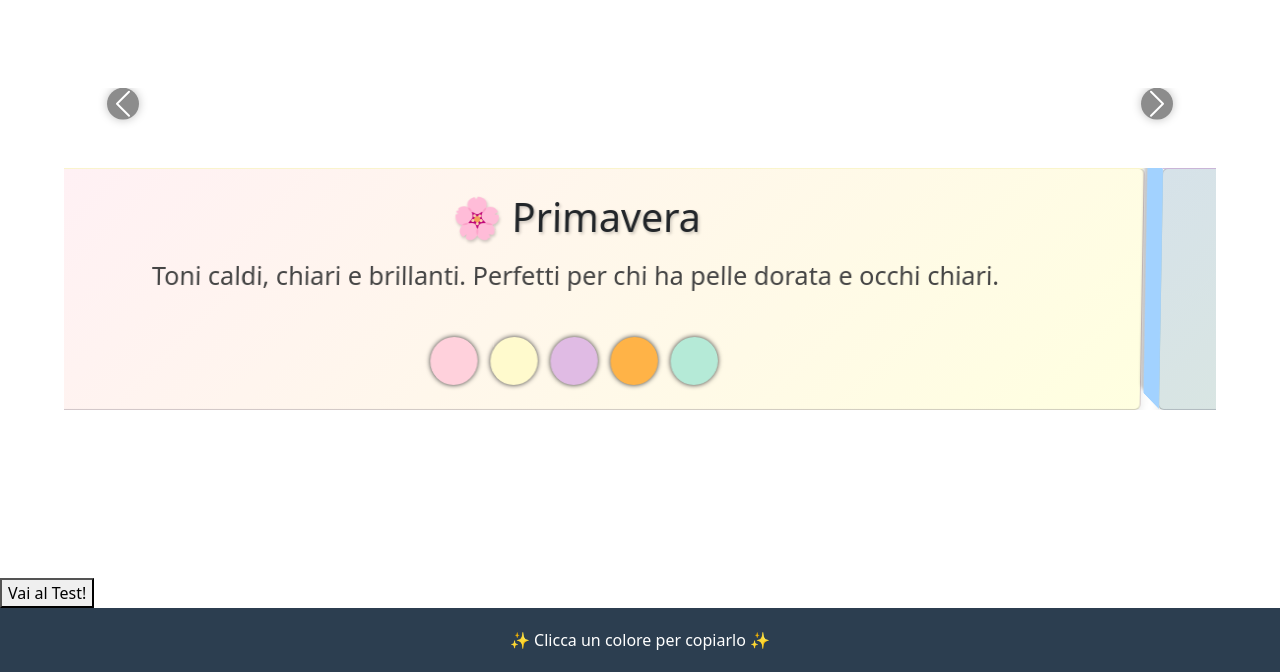
Repository: Probyte5D/Armocromia-website
Page: index.html
The author's editor kept a copy of each file at every save. The page is drawn from the files as they stood at one save, then again after the next save.
The browser window is 1280 px wide. The pictures show the part of the page from y = 432 to 1237 px (the page is 1104 px tall before and 1237 px after).

Above is the page before, as saved 2025-04-18 02:45:38.

After the next save:
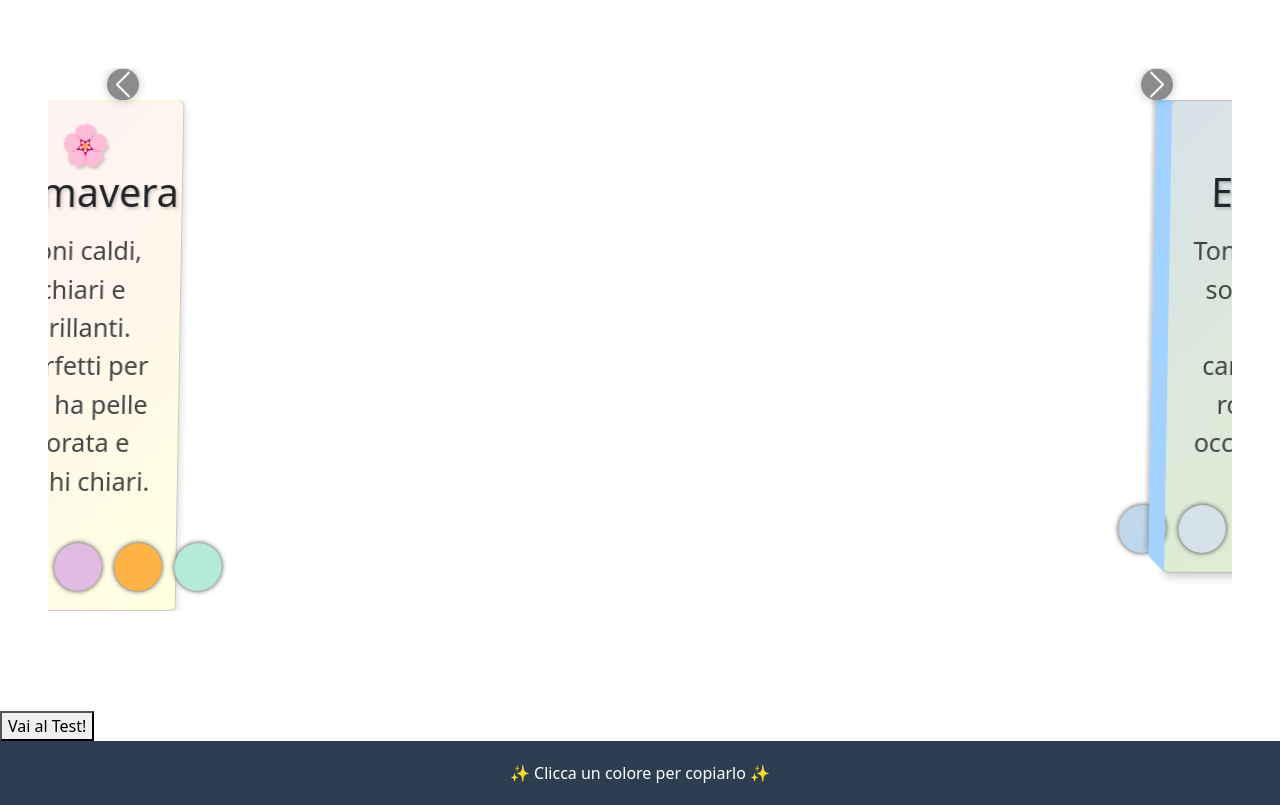
Saved 83 s later.
--- a/style.css
+++ b/style.css
@@ -305,21 +305,30 @@
   display: flex;
   overflow: hidden;
 }
-
+/* Ridurre lo spazio tra le cards */
+.carousel {
+  display: flex;
+  justify-content: center;
+  gap: 1rem; /* Ridotto per una spaziatura più compatta */
+  margin: 20px 0; /* Distanza dal top e bottom ridotta */
+  padding: 2rem 1rem; /* Distanze interne ridotte */
+}
+
+/* Ridurre la larghezza delle cards */
+.card {
+  width: 200px; /* Ridotto per rendere la card più stretta */
+  padding: 1.2rem; /* Ridotto il padding per una card più contenuta */
+  background-color: rgba(255, 255, 255, 0.9);
+  border-radius: 1rem;
+  box-shadow: 0 4px 8px rgba(0, 0, 0, 0.2);
+  transition: transform 0.3s ease;
+}
+
+/* Ridurre il margine tra gli items */
 .carousel-item {
   flex: 0 0 auto;
-  width: 250px; /* Ridotto per dare spazio alle frecce */
-  margin-right: 20px;
-  transition: transform 0.3s ease;
-}
-
-.card {
-  width: 100%; /* La card si adatta alla larghezza impostata */
-  padding: 1.5rem;
-  background-color: rgba(255, 255, 255, 0.9);
-  border-radius: 1rem;
-  box-shadow: 0 4px 10px rgba(0, 0, 0, 0.1);
-  transition: transform 0.2s ease;
+  width: 220px; /* Ridotto per evitare che le cards siano troppo larghe */
+  margin-right: 1rem; /* Spazio tra le cards ridotto */
 }
 
 

After the save that followed:
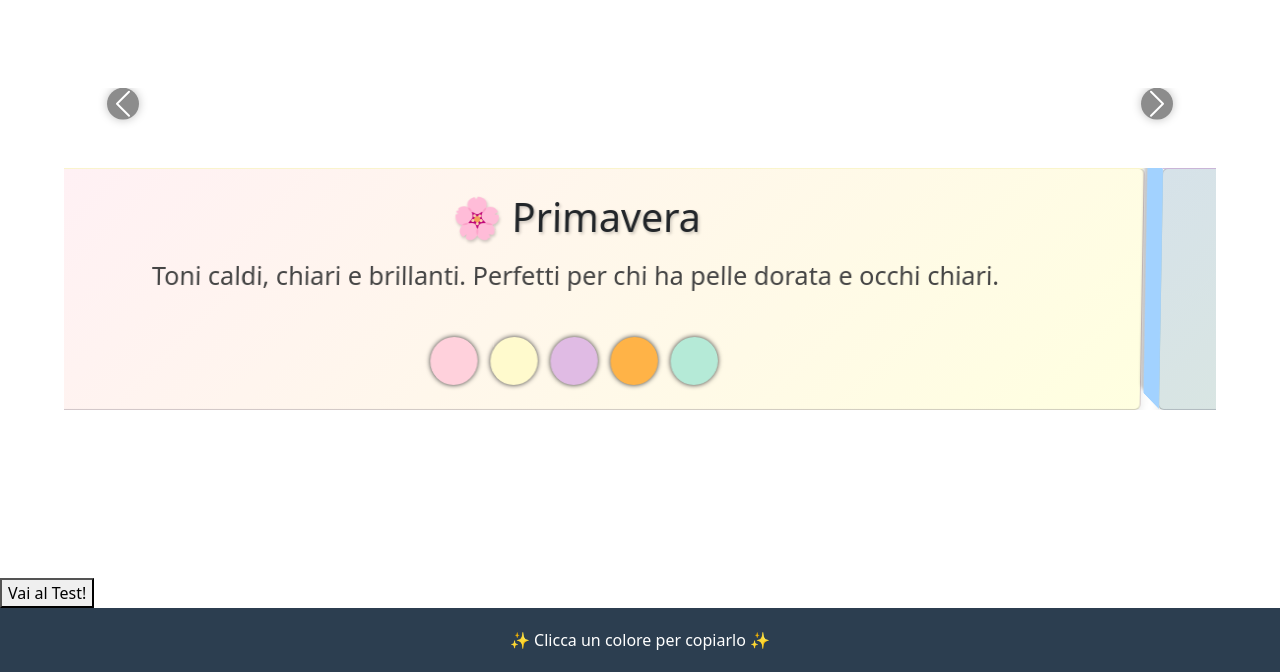
Saved 12 s later.
--- a/style.css
+++ b/style.css
@@ -305,30 +305,21 @@
   display: flex;
   overflow: hidden;
 }
-/* Ridurre lo spazio tra le cards */
-.carousel {
-  display: flex;
-  justify-content: center;
-  gap: 1rem; /* Ridotto per una spaziatura più compatta */
-  margin: 20px 0; /* Distanza dal top e bottom ridotta */
-  padding: 2rem 1rem; /* Distanze interne ridotte */
-}
-
-/* Ridurre la larghezza delle cards */
+
+.carousel-item {
+  flex: 0 0 auto;
+  width: 250px; /* Ridotto per dare spazio alle frecce */
+  margin-right: 20px;
+  transition: transform 0.3s ease;
+}
+
 .card {
-  width: 200px; /* Ridotto per rendere la card più stretta */
-  padding: 1.2rem; /* Ridotto il padding per una card più contenuta */
+  width: 100%; /* La card si adatta alla larghezza impostata */
+  padding: 1.5rem;
   background-color: rgba(255, 255, 255, 0.9);
   border-radius: 1rem;
-  box-shadow: 0 4px 8px rgba(0, 0, 0, 0.2);
-  transition: transform 0.3s ease;
-}
-
-/* Ridurre il margine tra gli items */
-.carousel-item {
-  flex: 0 0 auto;
-  width: 220px; /* Ridotto per evitare che le cards siano troppo larghe */
-  margin-right: 1rem; /* Spazio tra le cards ridotto */
+  box-shadow: 0 4px 10px rgba(0, 0, 0, 0.1);
+  transition: transform 0.2s ease;
 }
 
 
